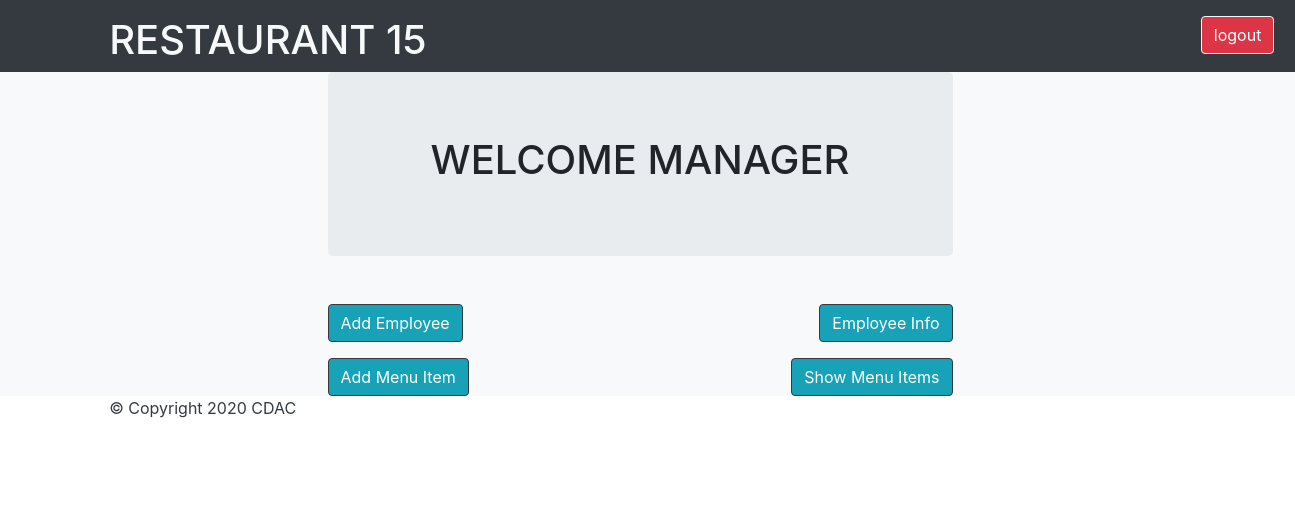
Repository: Pedaxx-IT-solution/E-Waiter-Stuff-
Page: http://localhost/ProjectEwaiter/WEB-INF/views/welcomemgr.jsp
The author's editor kept a copy of each file at every save. The page is drawn from the files as they stood at one save, then again after the next save.
The browser window is 1280 px wide. The page is 1295 px wide, so the pictures cover 1295 px, including what lies to the right of the window. The pictures show the whole page.
The page is served by Tomcat 9. Nobody is signed in. Other server files are loaded and not shown. The template is opened directly, without the code that normally fills it, so the values that code supplies are empty.

Above is the page before, as saved 2020-01-25 22:55:24.

### MyProject/ProjectEwaiter/src/main/webapp/WEB-INF/views/welcomemgr.jsp
<%@ taglib uri="http://java.sun.com/jsp/jstl/core" prefix="c" %>

<html>
<head>
<meta charset="ISO-8859-1">
<title>MANAGER WELCOME</title>
<link
	href="https://stackpath.bootstrapcdn.com/bootstrap/4.4.1/css/bootstrap.min.css"
	rel="stylesheet"
	integrity="sha384-Vkoo8x4CGsO3+Hhxv8T/Q5PaXtkKtu6ug5TOeNV6gBiFeWPGFN9MuhOf23Q9Ifjh"
	crossorigin="anonymous">
</head>
<body>

<%
response.setHeader("Cache-Control", "no-cache,no-store,must-invalidate");
response.setHeader("Pragma", "no-cache");
response.setHeader("Expires", "0");
%>
	<div class="container-flud  ">

		<div class="row bg-dark pt-3">
				<div class="col-1 "></div>
				<div class="col-10  text-light ">
					<h1>RESTAURANT 15</h1>
				</div>
				<div class="col-1 text-light">
					<a href="/user/logout" class="btn btn-danger border-light" role="button">logout</a>
				</div>
		</div>

		<div class="row bg-light">
			<div class="col-3"></div>
			<div class="col-6" align="center">
				<div class="jumbotron">
					<h1>WELCOME MANAGER</h1>
				</div>
			</div>
			<div class="col-3"></div>
		</div>



		<div class="row bg-light">
			<div class="col-3"></div>
			<div class="col-3">

					<a href="/user/register" class="mt-3 btn btn-info border-dark" role="button">Add Employee</a>

			</div>

			<div class=" col-3 text-right">

					<a href="/user/showemp" class="mt-3 btn btn-info border-dark" role="button">Employee Info</a>
			</div>
			<div class="col-3"></div>

		</div>




		<div class="row bg-light">
			<div class="col-3"></div>
			<div class="col-3">

							<a href="/user/menu/addMenu" class="mt-3 btn btn-info border-dark" role="button">Add Menu Item</a>

			</div>

			<div class=" col-3 text-right">

							<a href="/user/menu/showMenu" class="mt-3 btn btn-info border-dark" role="button">Show Menu Items</a>
			</div>
			<div class="col-3"></div>

		</div>






		<div class="row ">
			<div class="col-1 "></div>
			<div class="col-11 text-dark ">
				<footer>&copy; Copyright 2020 CDAC</footer>
			</div>
		</div>
	</div>

</body>
</html>

After the next save:
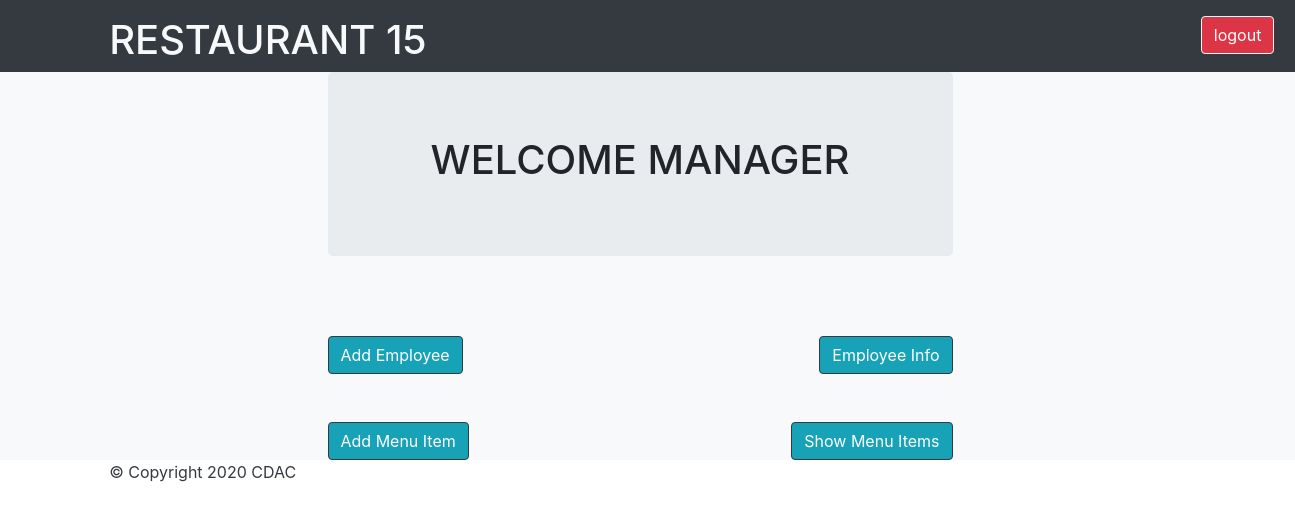
Saved 32 s later.
--- a/MyProject/ProjectEwaiter/src/main/webapp/WEB-INF/views/welcomemgr.jsp
+++ b/MyProject/ProjectEwaiter/src/main/webapp/WEB-INF/views/welcomemgr.jsp
@@ -45,13 +45,13 @@ response.setHeader("Expires", "0");
 			<div class="col-3"></div>
 			<div class="col-3">
 
-					<a href="/user/register" class="mt-3 btn btn-info border-dark" role="button">Add Employee</a>
+					<a href="/user/register" class="mt-5 btn btn-info border-dark" role="button">Add Employee</a>
 
 			</div>
 
 			<div class=" col-3 text-right">
 
-					<a href="/user/showemp" class="mt-3 btn btn-info border-dark" role="button">Employee Info</a>
+					<a href="/user/showemp" class="mt-5 btn btn-info border-dark" role="button">Employee Info</a>
 			</div>
 			<div class="col-3"></div>
 
@@ -64,13 +64,13 @@ response.setHeader("Expires", "0");
 			<div class="col-3"></div>
 			<div class="col-3">
 
-							<a href="/user/menu/addMenu" class="mt-3 btn btn-info border-dark" role="button">Add Menu Item</a>
+							<a href="/user/menu/addMenu" class="mt-5 btn btn-info border-dark" role="button">Add Menu Item</a>
 
 			</div>
 
 			<div class=" col-3 text-right">
 
-							<a href="/user/menu/showMenu" class="mt-3 btn btn-info border-dark" role="button">Show Menu Items</a>
+							<a href="/user/menu/showMenu" class="mt-5 btn btn-info border-dark" role="button">Show Menu Items</a>
 			</div>
 			<div class="col-3"></div>
 
